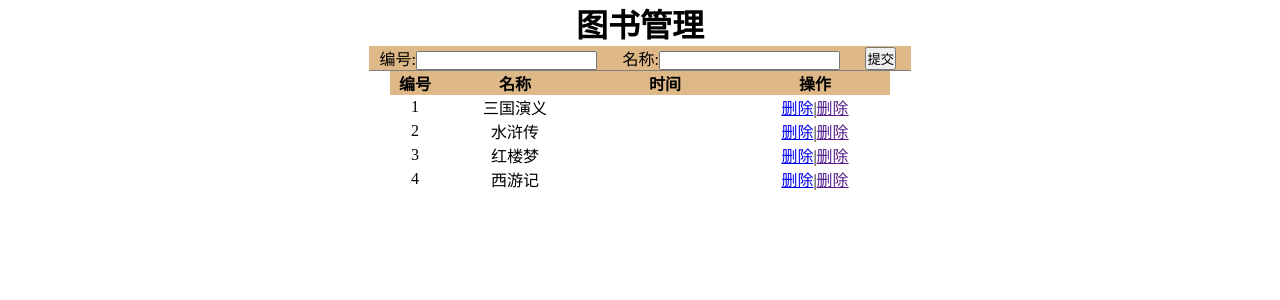
Repository: chenguocan/Vue_demo_1
Page: vue_demo_03/图书管理.html
The author's editor kept a copy of each file at every save. The page is drawn from the files as they stood at one save, then again after the next save.
The browser window is 1280 px wide. The pictures show the whole page.

Above is the page before, as saved 2020-07-22 09:56:56.

### vue_demo_03/图书管理.html
<!DOCTYPE html>
<html lang="en">
  <head>
    <meta charset="UTF-8" />
    <meta name="viewport" content="width=device-width, initial-scale=1.0" />
    <title>Document</title>
    <style>
      * {
        margin: 0;
        padding: 0;
        box-sizing: border-box;
      }
      .book {
        text-align: center;
      }
      .user {
        display: flex;
        justify-content: center;
      }
      .user table {
        border-bottom: 1px solid gray;
      }
      table {
        border-collapse: collapse;
      }
      th {
        background-color: burlywood;
      }
      .user td {
        padding: 0 15px 0 10.5px;
        background-color: burlywood;
      }
      td {
        border-collapse: collapse;
      }
      .bookmsg {
        display: flex;
        justify-content: center;
      }
    </style>
  </head>
  <body>
    <div id="app">
      <div class="book">
        <h1>图书管理</h1>
        <div class="user">
          <table>
            <tr>
              <td>编号:<input type="text" name="id" /></td>
              <td>名称:<input type="text" name="bookname" /></td>
              <td><button>提交</button></td>
            </tr>
          </table>
        </div>
        <div class="bookmsg">
          <table>
            <thead>
              <tr>
                <th width="50">编号</th>
                <th width="150">名称</th>
                <th width="150">时间</th>
                <th width="150">操作</th>
              </tr>
            </thead>
            <tbody>
              <tr v-for="(item,index) in book">
                <td>{{item.id}}</td>
                <td>{{item.bookname}}</td>
                <td>{{item.date | reCreateDate("2018-01-01")}}</td>
                <td><a href="#">删除</a>|<a href="">删除</a></td>
              </tr>
            </tbody>
          </table>
        </div>
      </div>
    </div>
  </body>
  <script src="./js/vue.js"></script>
  <script>
    Vue.filter("reCreateDate", function (value) {
      console.log(value);
    });
    let app = new Vue({
      el: "#app",
      data: {
        book: [
          {
            id: 1,
            bookname: "三国演义",
            date: new Date(),
          },
          {
            id: 2,
            bookname: "水浒传",
            date: new Date(),
          },
          {
            id: 3,
            bookname: "红楼梦",
            date: new Date(),
          },
          {
            id: 4,
            bookname: "西游记",
            date: new Date(),
          },
        ],
      },
    });
  </script>
</html>

Loaded but not shown: vue_demo_03/js/vue.js (library)

After the next save:
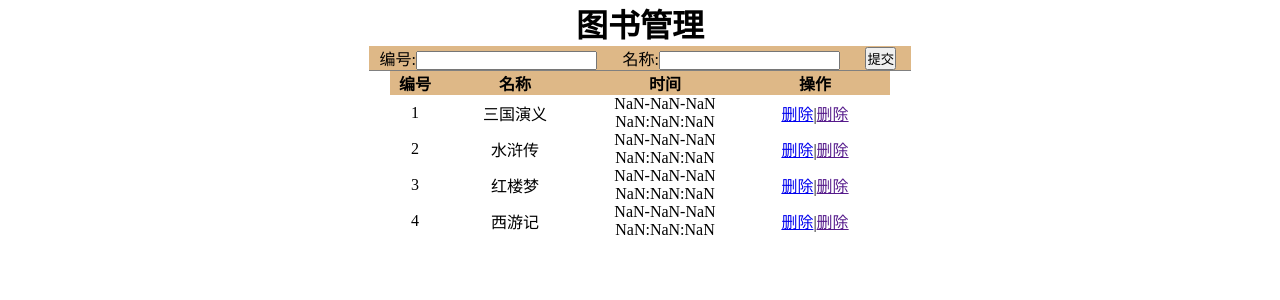
Saved 33 s later.
--- a/vue_demo_03/图书管理.html
+++ b/vue_demo_03/图书管理.html
@@ -79,6 +79,19 @@
   <script>
     Vue.filter("reCreateDate", function (value) {
       console.log(value);
+      var date = new Date(parseInt(value));
+      var Y = date.getFullYear() + "-";
+      var M =
+        (date.getMonth() + 1 < 10
+          ? "0" + (date.getMonth() + 1)
+          : date.getMonth() + 1) + "-";
+      var D = date.getDate() + " ";
+      var h = date.getHours() + ":";
+      var m = date.getMinutes() + ":";
+      var s = date.getSeconds();
+      var df = Y + M + D + h + m + s;
+      console.log(df);
+      return df;
     });
     let app = new Vue({
       el: "#app",

After the 2 saves that followed:
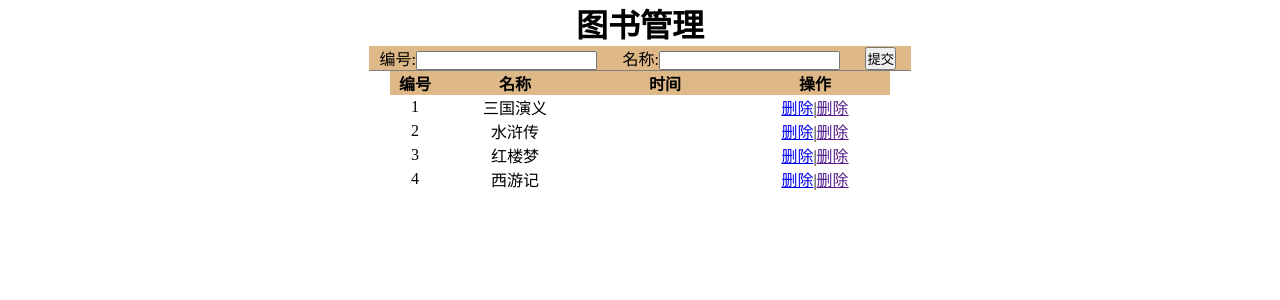
The 2 saves are shown as one change because 1 left the picture as it was.
The last was saved 100 s later.
--- a/vue_demo_03/图书管理.html
+++ b/vue_demo_03/图书管理.html
@@ -66,7 +66,7 @@
               <tr v-for="(item,index) in book">
                 <td>{{item.id}}</td>
                 <td>{{item.bookname}}</td>
-                <td>{{item.date | reCreateDate("2018-01-01")}}</td>
+                <td>{{item.date | reCreateDate()}}</td>
                 <td><a href="#">删除</a>|<a href="">删除</a></td>
               </tr>
             </tbody>
@@ -77,22 +77,7 @@
   </body>
   <script src="./js/vue.js"></script>
   <script>
-    Vue.filter("reCreateDate", function (value) {
-      console.log(value);
-      var date = new Date(parseInt(value));
-      var Y = date.getFullYear() + "-";
-      var M =
-        (date.getMonth() + 1 < 10
-          ? "0" + (date.getMonth() + 1)
-          : date.getMonth() + 1) + "-";
-      var D = date.getDate() + " ";
-      var h = date.getHours() + ":";
-      var m = date.getMinutes() + ":";
-      var s = date.getSeconds();
-      var df = Y + M + D + h + m + s;
-      console.log(df);
-      return df;
-    });
+    Vue.filter("reCreateDate", function (value) {});
     let app = new Vue({
       el: "#app",
       data: {
